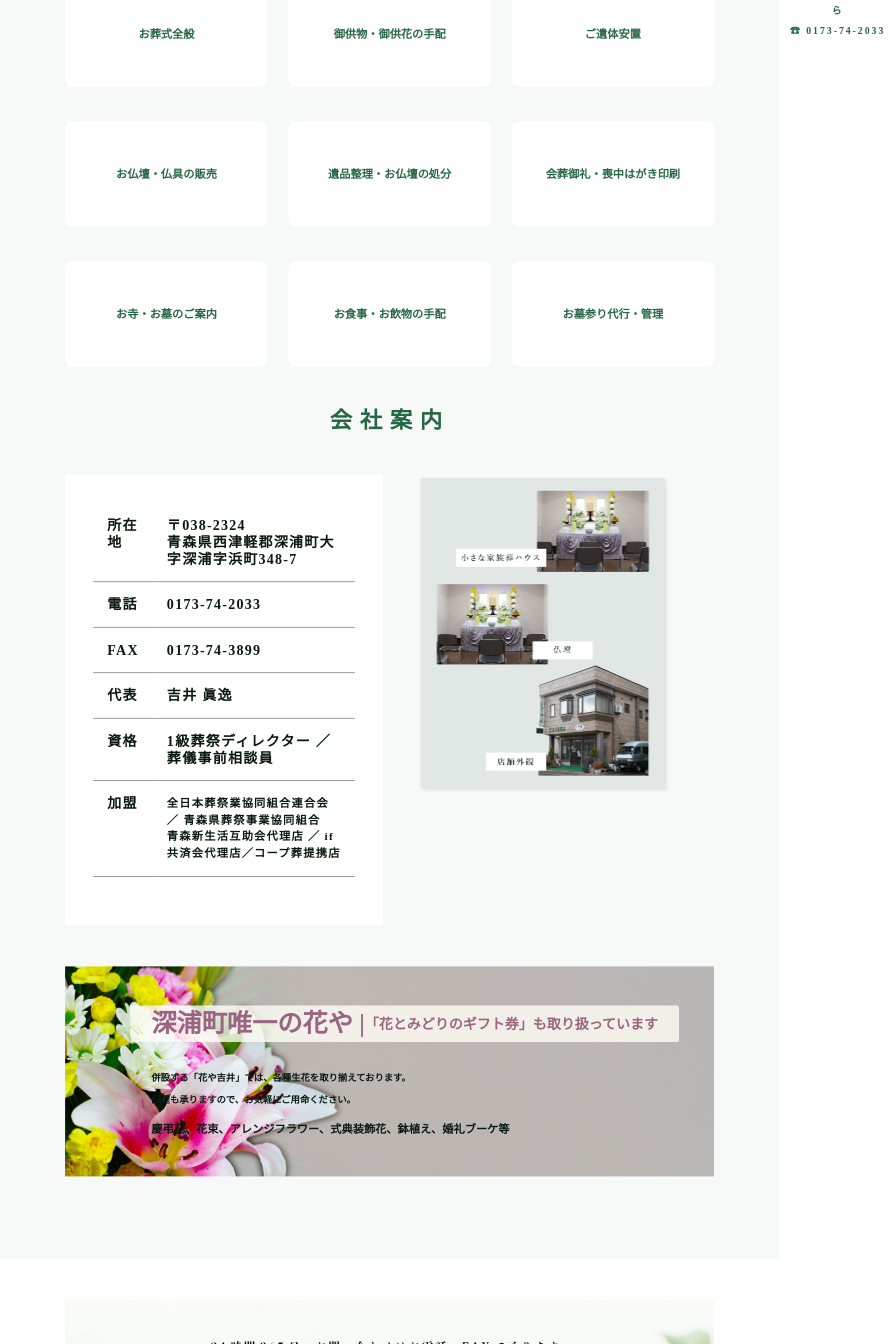
Repository: plus-agc-service-yamauchi/yoshii_scratch_ver3
Page: about.html
These files come from the project's save history. The page is drawn as it stood at one moment and after the next save; the edit follows.
The browser window is 1280 px wide. The pictures show the part of the page from y = 642 to 2562 px (the page is 3832 px tall), at 70% of full size.
Some web libraries are served in a nearby version. The style sheet was rebuilt from its Sass, Less or Tailwind sources for each picture, by a compiler version that may differ from the author's.

Above is the page before, as saved 2021-02-01 15:38:53.
Console error (its wording comes from the project's code and is left out).

### about.html
<!DOCTYPE html>
<html lang="ja">

<head>
    <title>吉井造花店について | 吉井造花店</title>
    <meta name="description" content="1935（昭和8）年創業。深浦町の皆様に支えられて８０有余年。時代の流れに合わせた様々なお葬式に、まごころ込めてご奉仕させていただきます。">
    <meta charset="utf-8" />
    <meta name="viewport" content="width=device-width, initial-scale=1" />
    <meta property="og:title" content="">
    <meta property="og:type" content="">
    <meta property="og:url" content="">
    <meta property="og:image" content="">
    <link rel="manifest" href="site.webmanifest">
    <link rel="apple-touch-icon" href="icon.png">
    <link rel="icon" type="image/x-icon" href="favicon.ico">
    <link rel="stylesheet" href="css/style.min.css" />
    <link rel="stylesheet" href="css/common.min.css" />
    <link rel="stylesheet" href="css/destyle.css" />
</head>

<body>
    <header>
        <!-- SP ヘッダーバー -->
        <div id="headbar">
            <h1 class="text-main"><a href="index.html"><span>有限会社</span> 吉井造花店</a></h1>
        </div>
        <!-- ドロワーナビゲーション -->
        <div id="navArea">
            <nav>
                <div class="inner">
                    <ul class="menu_list">
                        <li><a href="index.html">トップページ</a></li>
                        <li class="nav_item">
                            <a href="#" class="js-dropdown">吉井造花店のご案内<span>&#9662;</span></a>
                            <div class="panel js-dropdown-menu">
                                <ul class="panel-inner">
                                    <li class="panel_item">
                                        <a href="about.html">吉井造花店について</a>
                                    </li>
                                    <li class="panel_item">
                                        <a href="about.html#anchor_1">当社のサービス内容</a>
                                    </li>
                                    <li class="panel_item">
                                        <a href="about.html#anchor_2">会社案内</a>
                                    </li>
                                </ul>
                            </div>
                        </li>
                        <li class="nav_item">
                            <a href="#" class="js-dropdown">お葬式プランと安置室のご案内<span>&#9662;</span></a>
                            <div class="panel js-dropdown-menu">
                                <ul class="panel-inner">
                                    <li class="panel_item">
                                        <a href="plan.html">お葬式プランと安置室のご案内</a>
                                    </li>
                                    <li class="panel_item">
                                        <a href="plan.html#anchor_1">一般葬プラン</a>
                                    </li>
                                    <li class="panel_item">
                                        <a href="plan.html#anchor_2">自宅葬プラン</a>
                                    </li>
                                    <li class="panel_item">
                                        <a href="plan.html#anchor_3">安置室プラン</a>
                                    </li>
                                    <li class="panel_item">
                                        <a href="plan.html#anchor_4">安置室について</a>
                                    </li>
                                </ul>
                            </div>
                        </li>
                        <li class="nav_item">
                            <a href="#" class="js-dropdown">御供物・御供花のご注文<span>&#9662;</span></a>
                            <div class="panel js-dropdown-menu">
                                <ul class="panel-inner">
                                    <li class="panel_item">
                                        <a href="order.html">御供物・御供花のご注文</a>
                                    </li>
                                    <li class="panel_item">
                                        <a href="order.html#anchor_1">御供花</a>
                                    </li>
                                    <li class="panel_item">
                                        <a href="order.html#anchor_2">花環</a>
                                    </li>
                                    <li class="panel_item">
                                        <a href="order.html#anchor_3">盛り籠</a>
                                    </li>
                                </ul>
                            </div>
                        </li>
                        <li><a href="faq.html">よくあるご質問</a></li>
                    </ul>
                    <div class="sp-call spVisible tabHidden pcHidden">
                        <p>24時間365日<br>お問い合わせはお電話・FAXで承ります。</p>
                        <p>お問い合わせはこちら</p>
                        <p><a href="tel:0173-74-2033">&phone; 0173-74-2033</a></p>
                    </div>
                </div>
            </nav>
            <!-- ナビゲーショントグル -->
            <div class="toggle_btn">
                <span></span>
                <span></span>
                <span></span>
            </div>
            <div id="mask"></div>
        </div>
    </header>
    <main>
        <div class="wrapper">
            <div class="left">
                <div class="bg-sub pb30">
                    <div class="mustHead">
                        <img src="img/about_musthead.jpg" alt="お葬式プランと安置室のご案内" class="img100" />
                        <div>
                            <h1>吉井造花店について</h1>
                        </div>
                    </div>
                    <!-- メインコンテンツ -->
                    <div class="container">
                        <div class="top">
                            <div class="text-sp-center text-tab-center text-pc-center">
                                <h2 id="anchor_1" class="text-main font48">
                                    当社のサービス内容
                                </h2>
                            </div>
                        </div>
                        <div class="grid-sp-1 grid-tab-2 grid-pc-3 grid-row-gap50 grid-col-gap30 mb30">
                            <div class="card">
                                <span>お葬式全般</span>
                            </div>
                            <div class="card">
                                <span>御供物・御供花の手配</span>
                            </div>
                            <div class="card">
                                <span>ご遺体安置</span>
                            </div>
                            <div class="card">
                                <span>お仏壇・仏具の販売</span>
                            </div>
                            <div class="card">
                                <span>遺品整理・お仏壇の処分</span>
                            </div>
                            <div class="card">
                                <span>会葬御礼・喪中はがき印刷</span>
                            </div>
                            <div class="card">
                                <span>お寺・お墓のご案内</span>
                            </div>
                            <div class="card">
                                <span>お食事・お飲物の手配</span>
                            </div>
                            <div class="card">
                                <span>お墓参り代行・管理</span>
                            </div>
                        </div>
                        <div class="text-sp-center text-tab-center text-pc-center my60">
                            <h2 id="anchor_2" class="text-main font48">会社案内</h2>
                        </div>
                        <div class="grid-sp-1 grid-tab-2 grid-pc-2 grid-col-gap20">
                            <div class="tablebg">
                            <table class="mb30 basicinfo">
                                <tr>
                                    <td class="tdl">所在地</td>
                                    <td class="tdr">
                                        〒038-2324<br />青森県西津軽郡深浦町大字深浦字浜町348-7
                                    </td>
                                </tr>
                                <tr>
                                    <td class="tdl">電話</td>
                                    <td class="tdr">0173-74-2033</td>
                                </tr>
                                <tr>
                                    <td class="tdl">FAX</td>
                                    <td class="tdr">0173-74-3899</td>
                                </tr>
                                <tr>
                                    <td class="tdl">代表</td>
                                    <td class="tdr">吉井 眞逸</td>
                                </tr>
                                <tr>
                                    <td class="tdl">資格</td>
                                    <td class="tdr">1級葬祭ディレクター ／ 葬儀事前相談員</td>
                                </tr>
                                <tr>
                                    <td class="tdl">加盟</td>
                                    <td class="tdr">
                                        <p>全日本葬祭業協同組合連合会 ／ 青森県葬祭事業協同組合</p>
                                        <p>
                                            青森新生活互助会代理店 ／ if共済会代理店／コープ葬提携店
                                        </p>
                                    </td>
                                </tr>
                            </table>
                        </div>
                            <div>
                                <img src="img/store_tab.png" alt="" class=" img100 img-tab-100 img-pc-80 spHidden tabHidden pcVisible ml30" />
                                <img src="img/store_tab.png" alt="" class=" img100 img-tab-100 img-pc-100 spVisible tabVisible pcHidden" />
                            </div>
                        </div>
                        <div class="bg-flower my60">
                            <div class="grid-sp-1 grid-pc-1 spHidden tabVisible pcVisible">
                                <div class="bg-flower-item">
                                    <p class="bg-flower_text_title">深浦町唯一の花や | <span>「花とみどりのギフト券」も取り扱っています</span></p>
                                   <p class="bg-flower_text_title_middle_one">併設する「花や吉井」では、各種生花を取り揃えております。</p>
                                   <p class="bg-flower_text_title_middle_two">配達も承りますので、お気軽にご用命ください。</p>
                                   <p class="bg-flower_text_title_bottom">慶弔花、花束、アレンジフラワー、式典装飾花、鉢植え、婚礼ブーケ等</p>
                                </div>
                            </div>
                            <div class="spVisible tabHidden pcHidden">
                                <img src="img/bg_flower_text.svg" alt="" class="bg-flower_sp_img">
                            </div>
                        </div>
                    </div>
                </div>
                <div class="container pt60 pb60">
                    <a href="pdf/Yoshii__Order_FAX.pdf"><img src="img/call.svg" alt="" class="spHidden tabVisible pcVisible img-pc-100 img-tab-100" /></a>
                    <div class="spVisible tabHidden pcHidden sp_fax">
<p class="mb20">24時間365日、お問い合わせはお電話・FAXで承ります。</p>
<a href="tel:0173-74-2033"><img src="img/info_call.svg" alt="" class="img100 mb30"></a>
<p><a href="pdf/Yoshii__Order_FAX.pdf" class="btn" target="_blank">FAX注文用紙はこちらから</a></p>
                    </div>
                </div>
                <div class="info">
                    <div class="container py30">
                        <div class="text-sp-center text-tab-center text-pc-center mb30">
                            <img src="img/logo_h.svg" alt="" class="img70 img-pc-30 img-tab-40" />
                        </div>
                        <div class="grid-1 grid-tab-2 grid-pc-2 grid-col-gap20">
                            <div class="ir text-sp-left text-tab-left text-pc-left">
                                <div class="mb50">
                                    <p class="font-tracking4">〒038−2324</p>
                                    <p class="font-tracking5 mb30">
                                        青森県西津軽郡深浦町大字深浦字浜町348−7
                                    </p>
                                    <p class="font-tracking5 mb20">
                                        お問い合わせはお電話、FAXで承ります。
                                    </p>
                                    <p class="font-tracking5">
                                        24時間対応・年中無休。お気軽にお問い合わせください。
                                    </p>
                                </div>
                                <div class="mb40 text-tab-center text-pc-center">
                                    <a href="tel:0173-74-2033"><img src="img/info_call.svg" alt="" class="img100 img-pc-70 img-tab-80" /></a>
                                </div>
                                <div class="mb30">
                                    <p class="fpoint">ふかちゃんポイント付与（一部を除く。）</p>
                                </div>
                                <div class="grid-sp-2 grid-pc-2 grid-tab-2 grid-row-gap20 grid-col-gap20 mb20">
                                    <a href="https://www.zensoren.or.jp" target="_blank" class="link">全日本葬祭協同組合</a>
                                    <a href="http://www.younet-aomori.jp/contact.html" target="_blank" class="link">青森新生活互助会代理店</a>
                                    <a href="http://www.jfn87.co.jp/" target="_blank" class="link2">ジャパンフラワーネットワーク</a>
                                </div>
                                <div>
                                    <img src="img/airpay_h.png" alt="" class="img100 img-tab-100 img-pc-100">
                                </div>
                            </div>
                            <div>
                                <iframe src="https://www.google.com/maps/d/u/0/embed?mid=1ebatdI8vkuU5Y1tNTiyKdjtavv3ePw3P&z=16" width="100%" height="480"></iframe>
                            </div>
                        </div>
                    </div>
                </div>
            </div>
            <!-- サイドバー -->
            <div class="right">
                <div class="logoWrapper">
                    <p><a href="index.html"><img src="img/logo.svg" alt="" width="100%"></a></p>
                </div>
                <p id="pageTop"><a href="#">TOP▲</a></p>
                <div class="sideFooter">
                    <p>お問い合わせはこちら</p>
                    <p>
                        <a href="tel:0173-74-2033">&phone; 0173-74-2033</a>
                    </p>
                </div>
            </div>
        </div>
    </main>
    <!-- フッター -->
    <footer>
        <div class="spVisible tabHidden pcHidden">
            <div class="accbox">
                <a class="cssacc" href="index.html"><span>トップページ</span></a>
                <input type="checkbox" id="label2" class="cssacc" />
                <label for="label2">吉井造花店のご案内</label>
                <div class="accshow">
                    <a class="show" href="about.html#anchor_1">当社のサービス内容</a>
                    <a class="show" href="about.html#anchor_2">会社案内</a>
                </div>
                <input type="checkbox" id="label3" class="cssacc" />
                <label for="label3">お葬式プランと安置室のご案内</label>
                <div class="accshow">
                    <a class="show" href="plan.html#anchor_1">一般葬プラン</a>
                    <a class="show" href="plan.html#anchor_2">家族葬プラン</a>
                    <a class="show" href="plan.html#anchor_3">安置室プラン</a>
                    <a class="show" href="plan.html_anchor_4">安置室について</a>
                </div>
                <input type="checkbox" id="label4" class="cssacc" />
                <label for="label4">御供物・御供花のご注文</label>
                <div class="accshow">
                    <a class="show" href="order.html">御供物・御供花のご注文</a>
                    <a class="show" href="order.html#anchor_1">御供花</a>
                    <a class="show" href="order.html#anchor_2">花環</a>
                    <a class="show" href="order.html#anchor_3">盛り籠</a>
                </div>
                <a class="cssacc" href="faq.html"><span>よくあるご質問</span></a>
            </div>
        </div>
        <div class="spHidden tabVisible pcVisible">
            <div class="footerWrapper grid-1 grid-tab-5 grid-pc-5 grid-col-gap20">
                <ul>
                    <li class="footerHeading"><a href="index.html">トップページ</a></li>
                </ul>
                <ul>
                    <li class="footerHeading">
                        <a href="about.html">吉井造花店のご案内</a></span>
                    </li>
                    <li class="footerItemStart"><a href="about.html#anchor_1">当社のサービス内容</a></li>
                    <li class="footerItem"><a href="about.html#anchor_2">会社案内</a></li>
                </ul>
                <ul>
                    <li class="footerHeading">
                        <a href="plan.html">お葬式プランと安置室のご案内</a></span>
                    </li>
                    <li class="footerItemStart"><a href="plan.html#anchor_1">一般葬プラン</a></li>
                    <li class="footerItem"><a href="plan.html#anchor_2">自宅葬プラン</a></li>
                    <li class="footerItem"><a href="plan.html#anchor_3">安置室プラン</a></li>
                    <li class="footerItem"><a href="plan.html_anchor_4">安置室について</a></li>
                </ul>
                <ul>
                    <li class="footerHeading"><a href="order.html">御供物のご注文</a></li>
                    <li class="footerItemStart"><a href="order.html#anchor_1">御供花</a></li>
                    <li class="footerItem"><a href="order.html#anchor_2">花環</a></li>
                    <li class="footerItem"><a href="order.html#anchor_3">盛り籠</a></li>
                </ul>
                <ul>
                    <li class="footerHeading"> <a href="faq.html">よくあるご質問</a></li>
                </ul>

            </div>
        </div>
    </footer>
    <div class="copy text-center">©️2020 有限会社 吉井造花店</div>
    <script src="http://ajax.googleapis.com/ajax/libs/jquery/2.1.4/jquery.min.js"></script>
    <script src="js/menu.min.js"></script>
    <script src="js/scroll.min.js"></script>
    <script src="js/returnTop.min.js"></script>
    <!-- Google Analytics: change UA-XXXXX-Y to be your site's ID. -->
    <script>
    window.ga = function() { ga.q.push(arguments) };
    ga.q = [];
    ga.l = +new Date;
    ga('create', 'UA-XXXXX-Y', 'auto');
    ga('set', 'anonymizeIp', true);
    ga('set', 'transport', 'beacon');
    ga('send', 'pageview')
    </script>
    <script src="https://www.google-analytics.com/analytics.js" async></script>
</body>

</html>

### scss/plan.scss
/* デザインA（スマートフォン） */
.enshrine_p {
  padding: 7% 6% 6% 6%;
}
span.drawer:before {
  content: "▶";
  margin-right: 5px;
}

/* デザインB（タブレット） */
@media screen and (min-width: 600px) and (max-width: 1024px) {
  .general_button {
    padding: 20px 10px;
    background-color: #fff;
    border: 2px solid #996580;
    border-radius: 2px;
    cursor: pointer;
    width: 100%;
    color: #996580;
    font-size: 3.717391304vw;
  }
  .enshrine_p {
    padding: 7% 6% 4% 6%;
  }
}

/* デザインC(PC) */
@media screen and (min-width: 1025px) {
  .hover img {
    -webkit-transform: scale(1);
    transform: scale(1);
    -webkit-transition: 0.3s ease-in-out;
    transition: 0.3s ease-in-out;
  }
  .hover:hover img {
    -webkit-transform: scale(1.05);
    transform: scale(1.05);
  }
  .enshrine_p {
    padding: 7% 6% 3% 6%;
  }
}

### scss/order.scss
/* デザインA（スマートフォン） */

@media screen and (min-width: 320px) and (max-width: 767px) {}

/* デザインB（タブレット） */
@media screen and (min-width: 600px) and (max-width: 1024px) {}

/* デザインC(PC) */
@media screen and (min-width: 1025px) {}

### scss/option.scss
.animate__animated.animate__fadeInLeft {
  --animate-duration: 2s;
}
.animate__animated.animate__fadeInRight {
  --animate-duration: 2s;
}

Loaded but not shown: js/menu.min.js (1 lines, source omitted); js/returnTop.min.js (1 lines, source omitted); js/scroll.min.js (1 lines, source omitted); scss/style.scss (1687 lines, source omitted); scss/common.scss (1575 lines, source omitted); scss/about.scss (258 lines, source omitted); scss/index.scss (238 lines, source omitted); scss/faq.scss (212 lines, source omitted); css/destyle.css (276 lines, source omitted)

After the next save:
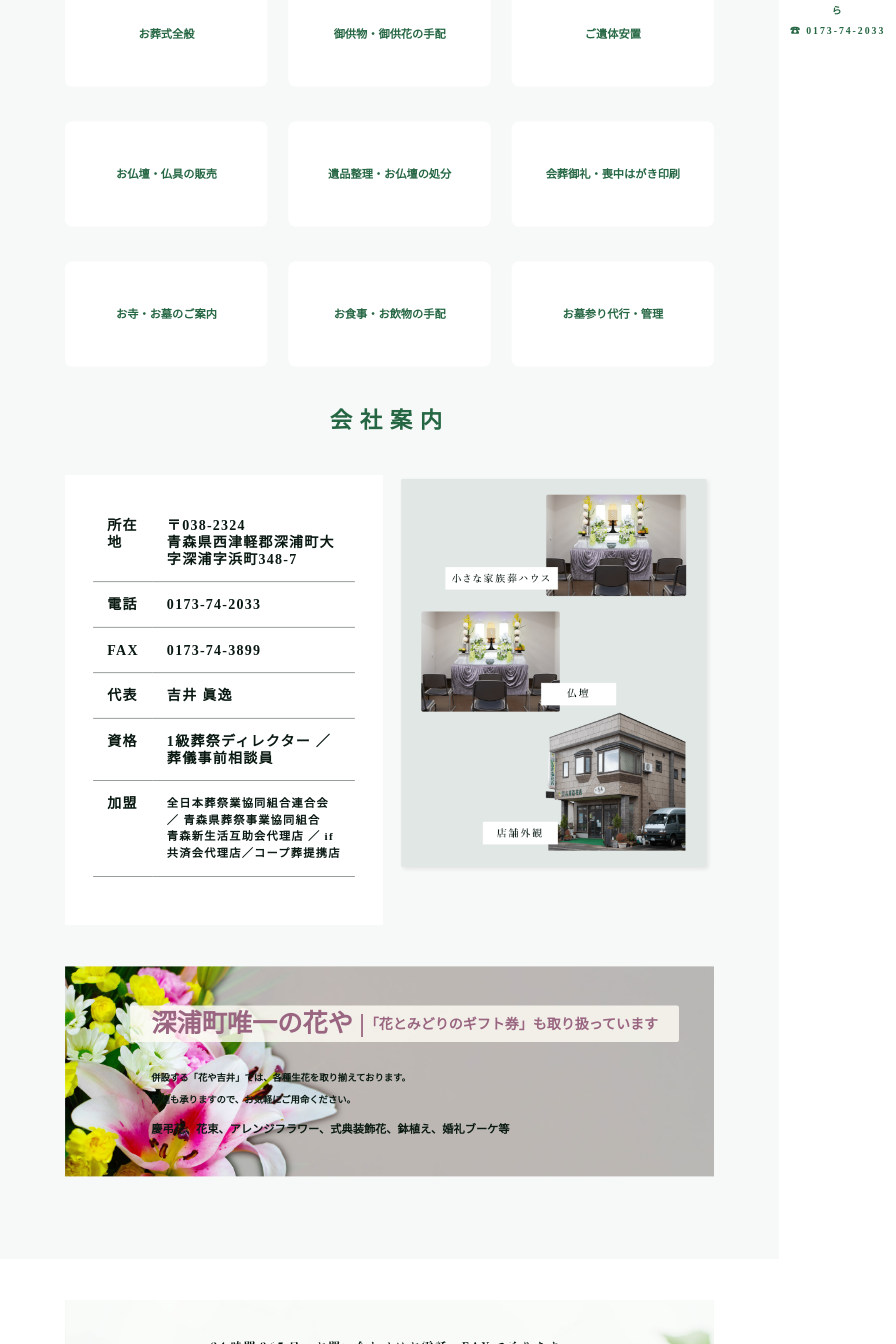
Saved 98 s later.
--- a/about.html
+++ b/about.html
@@ -193,7 +193,7 @@
                             </table>
                         </div>
                             <div>
-                                <img src="img/store_tab.png" alt="" class=" img100 img-tab-100 img-pc-80 spHidden tabHidden pcVisible ml30" />
+                                <img src="img/store_tab.png" alt="" class=" img100 img-tab-100 img-pc-100 spHidden tabHidden pcVisible" />
                                 <img src="img/store_tab.png" alt="" class=" img100 img-tab-100 img-pc-100 spVisible tabVisible pcHidden" />
                             </div>
                         </div>
